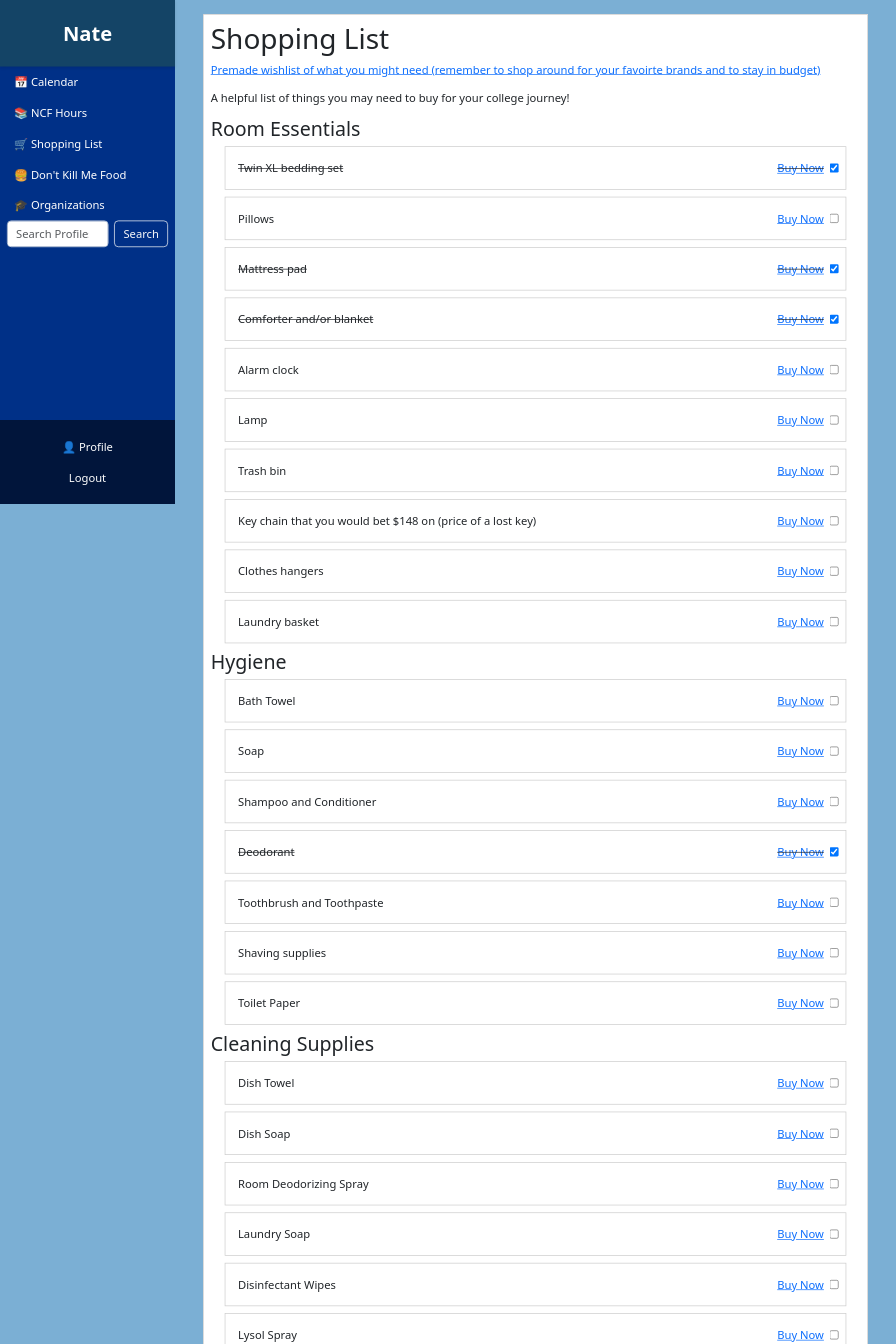
Repository: NateClarkTech/SoftwareEngineeringProject2
Page: http://localhost/shoppinglist/
The author's editor kept a copy of each file at every save. The page is drawn from the files as they stood at one save, then again after the next save.
The browser window is 1280 px wide. The pictures show the part of the page from y = 0 to 1920 px (the page is 4171 px tall), at 70% of full size.
The page is served by the project's application, run on Django 5.2 (manage.py). The first stored user is signed in. The page reads the database file committed with the project.

Above is the page before, as saved 2024-03-12 17:46:42.

After the next save:
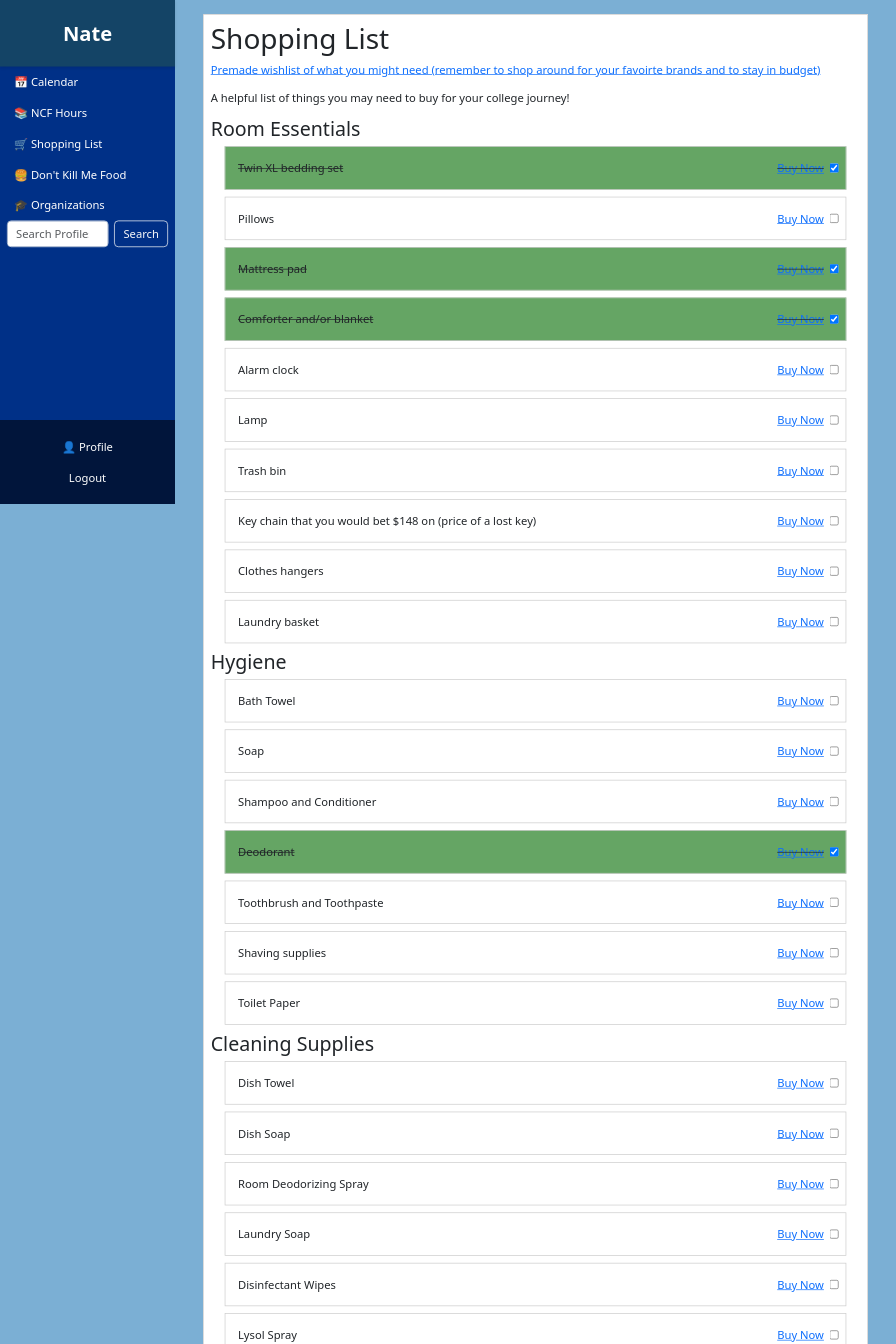
Saved 39 s later.
--- a/ShoppingList/templates/shoppinglist.html
+++ b/ShoppingList/templates/shoppinglist.html
@@ -17,6 +17,7 @@
 
     .checked {
         text-decoration: line-through;
+        background-color: #65a564;
     }
 </style>
 {% endblock %}
